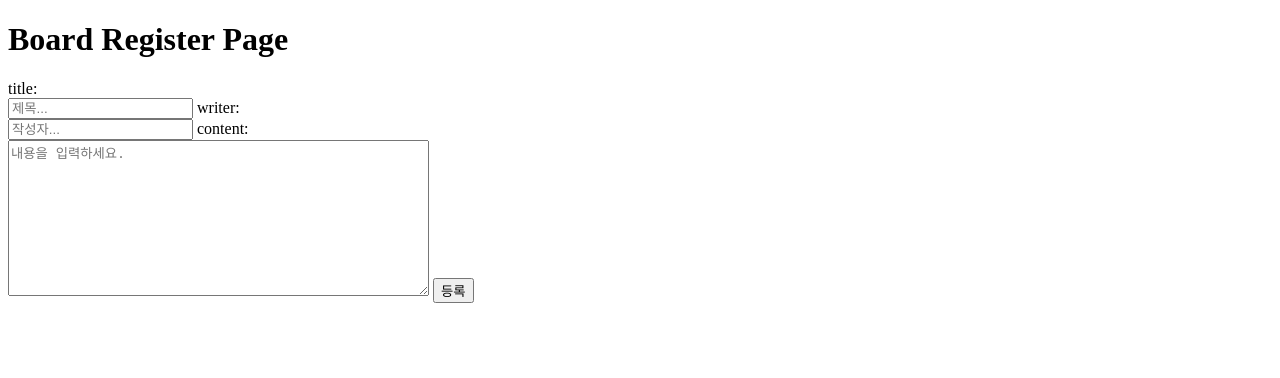
Repository: dtkd19/jsp-jstl_241022
Page: http://localhost/jsp_study/brd/register
The author's editor kept a copy of each file at every save. The page is drawn from the files as they stood at one save, then again after the next save.
The browser window is 1280 px wide. The pictures show the whole page.
The page is served by Tomcat 9. Other server files are loaded and not shown.

Above is the page before, as saved 2024-10-22 06:08:21.

### jsp_study/src/main/webapp/board/register.jsp
<%@ page language="java" contentType="text/html; charset=UTF-8"
    pageEncoding="UTF-8"%>
<!DOCTYPE html>
<html>
<head>
<meta charset="UTF-8">
<title>Insert title here</title>
</head>
<body>
	<h1>Board Register Page</h1>
	<!-- 등록 / 수정 post  -->
	<form action="/brd/insert" method="post">
	title: <br>
	<input type="text" name="title" placeholder="제목...">
	writer: <br>
	<input type="text" name="writer" placeholder="작성자...">
	content: <br>
	<textarea rows="10" cols="50" name="content" placeholder="내용을 입력하세요."></textarea>
	<button type="submit">등록</button>
	</form>
</body>
</html>

### jsp_study/src/main/java/controller/BoardController.java
package controller;

import java.io.File;
import java.io.IOException;
import java.util.List;

import javax.servlet.RequestDispatcher;
import javax.servlet.ServletException;
import javax.servlet.annotation.WebServlet;
import javax.servlet.http.HttpServlet;
import javax.servlet.http.HttpServletRequest;
import javax.servlet.http.HttpServletResponse;

import org.apache.commons.fileupload.FileItem;
import org.apache.commons.fileupload.disk.DiskFileItemFactory;
import org.apache.commons.fileupload.servlet.ServletFileUpload;
import org.slf4j.Logger;
import org.slf4j.LoggerFactory;

import domain.BoardVO;
import handler.FileRemoveHandler;
import net.coobird.thumbnailator.Thumbnails;
import service.BoardService;
import service.BoardServiceImpl;

@WebServlet("/brd/*")
public class BoardController extends HttpServlet {
	private static final long serialVersionUID = 1L;
	// 로그 객체 생성
	private static final Logger log = LoggerFactory.getLogger(BoardController.class);
	// jsp에서 받은 요청을 처리, 그 결과를 다른 jsp로 보내는 역할을 하는 객체
	private RequestDispatcher rdp;
	private String destPage; // 응답할 jsp의 주소를 저장하는 변수
	private int isOk; // db 구문 체크값 저장 변수
	private BoardService bsv; // interface로 생성
	private String savePath; // 파일저장 경로

	public BoardController() {
		// 생성자
		bsv = new BoardServiceImpl(); // bsv 구현체 객체 연결
	}

	protected void service(HttpServletRequest request, HttpServletResponse response)
			throws ServletException, IOException {
		// 실제 get post 요청처리
		log.info("log 객체 test");

		// request, response 객체의 인코딩 설정
		request.setCharacterEncoding("UTF-8"); // 요청객체
		response.setCharacterEncoding("UTF-8"); // 응답객체
		// response는 jsp로 갈 응답 객체 => 화면을 생성해서 응답 => jsp 형식으로 ...
		// contentType="text/html; charset=UTF-8"
		response.setContentType("text/html; charset=UTF-8"); // html5 형식으로 보내라

		// 경로 가져오기 /brd/register
		String uri = request.getRequestURI();
		log.info(uri); // /brd/register

		String path = uri.substring(uri.lastIndexOf("/") + 1);
		log.info(path);

		switch (path) {
		case "register":
			// 정보가 필요하다면... 정보를 DB에서 요청 request를 객체에 싣고 보내기
			destPage = "/board/register.jsp";
			break;
		case "insert":
			try {
				log.info("insert case in~!!");
				// jsp 화면에서 보내온 파라미터 값을 저장 => Service 전송
//				String title = request.getParameter("title");
//				String writer = request.getParameter("writer");
//				String content = request.getParameter("content");
//				BoardVO bvo = new BoardVO(title, writer, content);
//				log.info(">>>> bvo inesert 객체 >>>> {}", bvo);

				// 첨부파일 있는 경우 처리
				// bvo를 구성하여 DB로 전송
				// file을 저장하는 작업 => 파일 이름만 DB imageFile에 저장
				// 첨부파일 형식으로 들어오게되면 모든 파라미터는 바이트단위로 분해돼서 전송
				// 바이트 단위로 전송된 파라미터의 값을 String으로 조합을 해야함.

				// 1. 파일을 업로드할 물리적인 경로 설정

				savePath = getServletContext().getRealPath("/_fileUpload");
				log.info(">>>> savePath > {}" , savePath);

				File fileDir = new File(savePath);
				DiskFileItemFactory fileItemFactory = new DiskFileItemFactory();
				// 파일 저장을 위한 임시 메모리설정
				fileItemFactory.setSizeThreshold(1024*1024*3);
				// 저장위치를 담은 File 객체
				fileItemFactory.setRepository(fileDir);

				BoardVO bvo = new BoardVO(); // 빈 객체 생성 후 set

				// multipart/form-data 형식으로 넘어온 request 객체를 다루기 쉽게 변환해주는 객체
				ServletFileUpload fileUpload = new ServletFileUpload(fileItemFactory);
				// request 객체를 FileItem 형식의 리스트로 리턴
				List<FileItem> itemList = fileUpload.parseRequest(request);
				// title, writer, content => text / imageFile => image
				for(FileItem item : itemList) {
					log.info(" >>>> FileItem >> {} " , item.toString());
					switch (item.getFieldName()) {
					case "title":
						bvo.setTitle(item.getString("utf-8"));
						break;
					case "writer":
						bvo.setWriter(item.getString("utf-8"));
						break;
					case "content":
						bvo.setContent(item.getString("utf-8"));
						break;
					case "imageFile":
						// 이미지 파일 여부를 체크
						if(item.getSize() > 0 ) {
							//파일 이름 추출
							// 경로+ ~~~/dog.jpg
							String fileName = item.getName();
							// 경로 빼고 이름만 가져오기.
							// String fileName2 = item.getName().substring(item.getName().lastIndexOf(File.separator)+1);
							// File.separator : 파일 경로 기호 => 운영체제마다 다를 수 있어서 자동 변환
							// 시스템의 시간을 이용하여 파일을 구분 / 시간 dog.jpg
							// UUID를 사용하는 구분도 있음. (=> 많이사용)
							fileName = System.currentTimeMillis()+"_"+fileName;

							// 경로 만들어놓은 파일 fileDir + / (File.separator) + fileName
							File uploadFilePath = new File(fileDir+File.separator+fileName);
							log.info(">>> uploadFilePath > {}" , uploadFilePath.toString());

							// 저장
							try {
								item.write(uploadFilePath); // 객체를 디스크에 쓰기
								bvo.setImageFile(fileName); // bvo에 저장할 값 (DB에 들어가는 값 )

								// 썸네일 작업 : 리스트 페이지에서 트래픽 과다 사용 방지
								// fileDir + / + _th_ + fileName
								Thumbnails.of(uploadFilePath).size(75, 75).toFile(new File(fileDir+File.separator+"_th_"+fileName));


							} catch (Exception e) {
								log.info(">>> file writer on disk error");
								e.printStackTrace();
							}

						}
						break;

					}
				}

				isOk = bsv.register(bvo);
				log.info(">>>> bvo insert >>>>" + (isOk > 0 ? "성공" : "실패"));

				// 처리 후 목적지
				destPage = "/index.jsp";

			} catch (Exception e) {
				log.info("insert error");
				e.printStackTrace();
			}
			break;
		case "list":
			try {
				// 전체 리스트를 가지고 list.jsp로 전달
				List<BoardVO> list = bsv.getList();
				log.info(">>>> list >>>> {}", list);
				// request 객체에 파라미터로 값을 보내는 방법
				request.setAttribute("list", list);
				destPage = "/board/list.jsp";

			} catch (Exception e) {
				log.info("list error!!");
				e.printStackTrace();
			}
			break;
		case "detail":
		case "modify":
			try {
				int bno = Integer.parseInt(request.getParameter("bno"));
				BoardVO bvo = bsv.getDetail(bno);
				log.info(">>>> detail bvo >> {}", bvo);

				if (path.equals("detail")) {
					int readCountOk = bsv.readCountPlus(bno);
					log.info(">>>> readCount +1  >>> " + (readCountOk > 0 ? "성공" : "실패"));
					bvo = bsv.getDetail(bno);
					log.info(">>> readCount >> {}", bvo.getReadCount());
				}

				request.setAttribute("bvo", bvo);

				destPage = "/board/"+path+".jsp";

			} catch (Exception e) {
				log.info("detail error");
				e.printStackTrace();
			}
			break;

		case "update":
			try {
//				int bno = Integer.parseInt(request.getParameter("bno"));
//				String title = request.getParameter("title");
//				String content = request.getParameter("content");
//				BoardVO bvo = new BoardVO(bno, title, content);

				// 첨부파일 처리 포함 방식
				savePath = getServletContext().getRealPath("_fileUpload");
				File fileDir = new File(savePath);

				DiskFileItemFactory fileItemFactory = new DiskFileItemFactory();
				fileItemFactory.setSizeThreshold(1024*1024*3); // 3MB 정도 설정
				fileItemFactory.setRepository(fileDir);

				BoardVO bvo = new BoardVO();

				ServletFileUpload fileUpload = new ServletFileUpload(fileItemFactory);
				List<FileItem> itemList = fileUpload.parseRequest(request);

				// 원래 이미지가 있었는데 변경하는 케이스
				// 없던 이미지를 추가하는케이스

				String old_file = null;

				for(FileItem item : itemList) {
					switch (item.getFieldName()) {
					case "bno":
						bvo.setBno(Integer.parseInt(item.getString("utf-8")));
						break;
					case "title":
						bvo.setTitle(item.getString("utf-8"));
						break;
					case "content":
						bvo.setContent(item.getString("utf-8"));
						break;
					case "imageFile":
						// 기존 파일 => 있을 수도 있고, 없을 수도 있고
						old_file = item.getString("utf-8"); // 파일명만..
						break;
					case "newFile":
						// 새로 추가된 파일 => 있을 수도 있고, 없을 수도 있고
						if(item.getSize() > 0) {
							if(old_file != null) {
								// 기존파일이 존재한다면 ...
								// 파일 삭제작업 : 별도 핸들러로 작업
								FileRemoveHandler fileHandler = new FileRemoveHandler();
								isOk = fileHandler.deleteFile(savePath, old_file);
							}
							// 새로운 파일 등록 작업
							String fileName = System.currentTimeMillis()+"_"+item.getName();

							File uploadFilePath = new File(fileDir+File.separator+fileName);

							try {
								item.write(uploadFilePath);
								bvo.setImageFile(fileName);

								Thumbnails.of(uploadFilePath).size(75, 75).toFile(new File(fileDir+File.separator+"_th_"+fileName));

							} catch (Exception e) {
								log.info("File writer update error!");
								e.printStackTrace();
							}

						} else {
							// 기존파일 있지만, 새로운 이미지 파일이 없다면...
							// 기존 객체를 담기
							bvo.setImageFile(old_file);
						}
						break;

					}
				}

				int isOk = bsv.update(bvo);
				log.info(">>>> update >>> " + (isOk > 0 ? "성공" : "실패"));
				// 컨트롤러 내부 케이스는 /brd/ 따로 적을 필요가 없음.
				destPage = "detail?bno=" + bvo.getBno();

			} catch (Exception e) {
				log.info("update error");
				e.printStackTrace();
			}
			break;

		case "delete":
			try {
				int bno = Integer.parseInt(request.getParameter("bno"));
				int isOk = bsv.delete(bno);
				log.info(">>>> delete >>> " + (isOk > 0 ? "성공" : "실패"));
				destPage = "list";
			} catch (Exception e) {
				log.info(">>>> delete error");
				e.printStackTrace();
			}
			break;
		}

		// 목적지 주소(destPage)로 데이터를 전달(RequestDispatcher)
		rdp = request.getRequestDispatcher(destPage);
		// 요청에 필요한 객체를 가지고 destPage에 적힌 경로로 이동
		rdp.forward(request, response);

	}

	protected void doGet(HttpServletRequest request, HttpServletResponse response)
			throws ServletException, IOException {
		// get으로 들어오는 요청을 처리하는 메서드 => service를 호출하여 처리
		service(request, response);
	}

	protected void doPost(HttpServletRequest request, HttpServletResponse response)
			throws ServletException, IOException {
		// post로 들어오는 요청을 처리하는 메서드
		service(request, response);
	}

}

### jsp_study/src/main/java/service/BoardServiceImpl.java
package service;

import java.util.List;

import org.slf4j.Logger;
import org.slf4j.LoggerFactory;

import dao.BoardDAO;
import dao.BoardDAOImpl;
import domain.BoardVO;

public class BoardServiceImpl implements BoardService {

	private static final Logger log = LoggerFactory.getLogger(BoardServiceImpl.class);
	// dao 연결
	private BoardDAO bdao;

	public BoardServiceImpl() {
		bdao = new BoardDAOImpl();
	}

	@Override
	public int register(BoardVO bvo) {
		log.info(">>>> register service in");
		return bdao.insert(bvo);
	}

	@Override
	public List<BoardVO> getList() {
		// TODO Auto-generated method stub
		return bdao.getList();
	}

	@Override
	public BoardVO getDetail(int bno) {
		// TODO Auto-generated method stub
		return bdao.getDetail(bno);
	}

	@Override
	public int update(BoardVO bvo) {
		// TODO Auto-generated method stub
		return bdao.update(bvo);
	}

	@Override
	public int delete(int bno) {
		// TODO Auto-generated method stub
		return bdao.delete(bno);
	}

	@Override
	public int readCountPlus(int bno) {
		// TODO Auto-generated method stub
		return bdao.readCountPlus(bno);
	}
}

### jsp_study/src/main/java/dao/BoardDAO.java
package dao;

import java.util.List;

import domain.BoardVO;

public interface BoardDAO {

	int insert(BoardVO bvo);

	List<BoardVO> getList();

	BoardVO getDetail(int bno);

	int update(BoardVO bvo);

	int delete(int bno);

	int readCountPlus(int bno);

}

### jsp_study/src/main/java/dao/BoardDAOImpl.java
package dao;

import java.util.List;

import org.apache.ibatis.session.SqlSession;
import org.slf4j.Logger;
import org.slf4j.LoggerFactory;

import domain.BoardVO;
import orm.DatabaseBuilder;

public class BoardDAOImpl implements BoardDAO {
	private static final Logger log = LoggerFactory.getLogger(BoardDAOImpl.class);

	// DB와 연결 => mybatis 사용하여 연결 (mybatisConfig, db연결클래스, mapper)

	// DB의 연결을 위한 객체
	private SqlSession sql;

	public BoardDAOImpl() {
		new DatabaseBuilder();
		sql = DatabaseBuilder.getFactory().openSession();
	}

	@Override
	public int insert(BoardVO bvo) {
		// mapper로 연결
		log.info(">>>> insert DAO in !!");
		// sql.insert(mapper의 namespace.id, 객체);
		// insert / update / delete 구문은 반드시 commit 필요
		int isOk = sql.insert("BoardMapper.add", bvo);
		if(isOk > 0) {
			sql.commit();
		}
		return isOk;
	}

	@Override
	public List<BoardVO> getList() {
		log.info(">>>> getList DAO in !!");

		return sql.selectList("BoardMapper.list");
	}

	@Override
	public BoardVO getDetail(int bno) {
		log.info(">>>> getDetail DAO in !!");
		return sql.selectOne("BoardMapper.detail", bno);
	}

	@Override
	public int update(BoardVO bvo) {
		log.info(">>>> update DAO in !!");
		int isOk = sql.update("BoardMapper.up",bvo);
		if(isOk > 0) {
			sql.commit();
		}
		return isOk;
	}

	@Override
	public int delete(int bno) {
		log.info(">>>> delete DAO in !!");
		int isOk = sql.update("BoardMapper.delete",bno);
		if(isOk > 0) {
			sql.commit();
		}
		return isOk;
	}

	@Override
	public int readCountPlus(int bno) {
		log.info(">>>> readCount DAO in !!");
		int readCountOk = sql.update("BoardMapper.readCount",bno);
		if(readCountOk > 0) {
			sql.commit();
		}
		return readCountOk;
	}
}

### jsp_study/src/main/java/orm/DatabaseBuilder.java
package orm;


import org.apache.ibatis.io.Resources;
import org.apache.ibatis.session.SqlSessionFactory;
import org.apache.ibatis.session.SqlSessionFactoryBuilder;

public class DatabaseBuilder {
	private static SqlSessionFactory factory;
	private static final String CONFIG ="orm/mybatisConfig.xml";

	//초기화 블럭을 사용하여 객체 생성 후 초기화
	static {
		try {
			factory = new SqlSessionFactoryBuilder().build(Resources.getResourceAsReader(CONFIG));

		} catch (Exception e) {
			e.printStackTrace();
		}
	}

	public static SqlSessionFactory getFactory() {
		return factory;
	}


}

### jsp_study/src/main/java/domain/BoardVO.java
package domain;

public class BoardVO {
	private int bno;
	private String title;
	private String writer;
	private String content;
	private String regdate;
	private String moddate;
	private int readCount;
	private String imageFile;

	public BoardVO() {}

	// insert : title, writer,content
	public BoardVO(String title, String writer, String content) {
		this.title = title;
		this.writer = writer;
		this.content = content;
	}

	// list : bno, title, writer, regdate
	public BoardVO(int bno, String title, String writer, String regdate, int readCount) {
		this.bno = bno;
		this.title = title;
		this.writer = writer;
		this.regdate = regdate;
		this.readCount = readCount;
	}

	// update : bno, title, content
	public BoardVO(int bno, String title, String content) {
		this.bno = bno;
		this.title = title;
		this.content = content;
	}

	// detail : 전부
	public BoardVO(int bno, String title, String writer, String content, String regdate, String moddate, int readCount, String imageFile) {
		this.bno = bno;
		this.title = title;
		this.writer = writer;
		this.content = content;
		this.regdate = regdate;
		this.moddate = moddate;
		this.readCount = readCount;
		this.imageFile = imageFile;
	}

	public int getBno() {
		return bno;
	}

	public void setBno(int bno) {
		this.bno = bno;
	}

	public String getTitle() {
		return title;
	}

	public void setTitle(String title) {
		this.title = title;
	}

	public String getWriter() {
		return writer;
	}

	public void setWriter(String writer) {
		this.writer = writer;
	}

	public String getContent() {
		return content;
	}

	public void setContent(String content) {
		this.content = content;
	}

	public String getRegdate() {
		return regdate;
	}

	public void setRegdate(String regdate) {
		this.regdate = regdate;
	}

	public String getModdate() {
		return moddate;
	}

	public void setModdate(String moddate) {
		this.moddate = moddate;
	}


	public int getReadCount() {
		return readCount;
	}

	public void setReadCount(int readCount) {
		this.readCount = readCount;
	}

	public String getImageFile() {
		return imageFile;
	}

	public void setImageFile(String imageFile) {
		this.imageFile = imageFile;
	}

	@Override
	public String toString() {
		return "BoardVO [bno=" + bno + ", title=" + title + ", writer=" + writer + ", content=" + content + ", regdate="
				+ regdate + ", moddate=" + moddate + ", readCount=" + readCount + ", imageFile=" + imageFile + "]";
	}





}

### jsp_study/src/main/java/domain/CommentVO.java
package domain;

public class CommentVO {
	private int cno;
	private int bno;
	private String content;
	private String writer;
	private String regdate;


	public CommentVO() {}


	// 등록
	public CommentVO(int bno, String content, String writer) {
		this.bno = bno;
		this.content = content;
		this.writer = writer;
	}


	// 리스트
	public CommentVO(int cno, int bno, String content, String writer, String regdate) {
		this.cno = cno;
		this.bno = bno;
		this.content = content;
		this.writer = writer;
		this.regdate = regdate;
	}


	// 수정
	public CommentVO(int cno, String content) {
		this.cno = cno;
		this.content = content;
	}


	// getter/setter toString


	public int getCno() {
		return cno;
	}


	public void setCno(int cno) {
		this.cno = cno;
	}


	public int getBno() {
		return bno;
	}


	public void setBno(int bno) {
		this.bno = bno;
	}


	public String getContent() {
		return content;
	}


	public void setContent(String content) {
		this.content = content;
	}


	public String getWriter() {
		return writer;
	}


	public void setWriter(String writer) {
		this.writer = writer;
	}


	public String getRegdate() {
		return regdate;
	}


	public void setRegdate(String regdate) {
		this.regdate = regdate;
	}


	@Override
	public String toString() {
		return "CommentVO [cno=" + cno + ", bno=" + bno + ", content=" + content + ", writer=" + writer + ", regdate="
				+ regdate + "]";
	}






}

### jsp_study/src/main/java/domain/MemberVO.java
package domain;

public class MemberVO {
	private String id;
	private String pwd;
	private String email;
	private String phone;
	private String regdate;
	private String lastlogin;
	private String imageFile;


	public MemberVO() {}

	// 관리자입장 / 사용자입장
	// 회원등급 : admin(사이트관리자), manager(각 파트의 최고 관리자), user(사용자)
	// 회원가입 / 수정
	public MemberVO(String id, String pwd, String email, String phone, String imageFile) {
		this.id = id;
		this.pwd = pwd;
		this.email = email;
		this.phone = phone;
		this.imageFile = imageFile;
	}

	// 로그인
	public MemberVO(String id, String pwd) {
		this.id = id;
		this.pwd = pwd;
	}

	// 회원리스트 : 관리자만 접근가능 전체

	public MemberVO(String id, String pwd, String email, String phone, String regdate, String lastlogin, String imageFile) {
		this.id = id;
		this.pwd = pwd;
		this.email = email;
		this.phone = phone;
		this.regdate = regdate;
		this.lastlogin = lastlogin;
		this.imageFile = imageFile;

	}

	public String getId() {
		return id;
	}


	public void setId(String id) {
		this.id = id;
	}


	public String getPwd() {
		return pwd;
	}


	public void setPwd(String pwd) {
		this.pwd = pwd;
	}


	public String getEmail() {
		return email;
	}


	public void setEmail(String email) {
		this.email = email;
	}


	public String getPhone() {
		return phone;
	}


	public void setPhone(String phone) {
		this.phone = phone;
	}


	public String getRegdate() {
		return regdate;
	}


	public void setRegdate(String regdate) {
		this.regdate = regdate;
	}


	public String getLastlogin() {
		return lastlogin;
	}


	public void setLastlogin(String lastlogin) {
		this.lastlogin = lastlogin;
	}


	public String getImageFile() {
		return imageFile;
	}

	public void setImageFile(String imageFile) {
		this.imageFile = imageFile;
	}

	@Override
	public String toString() {
		return "MemberVO [id=" + id + ", pwd=" + pwd + ", email=" + email + ", phone=" + phone + ", regdate=" + regdate
				+ ", lastlogin=" + lastlogin + ", imageFile=" + imageFile + "]";
	}








}

After the next save:
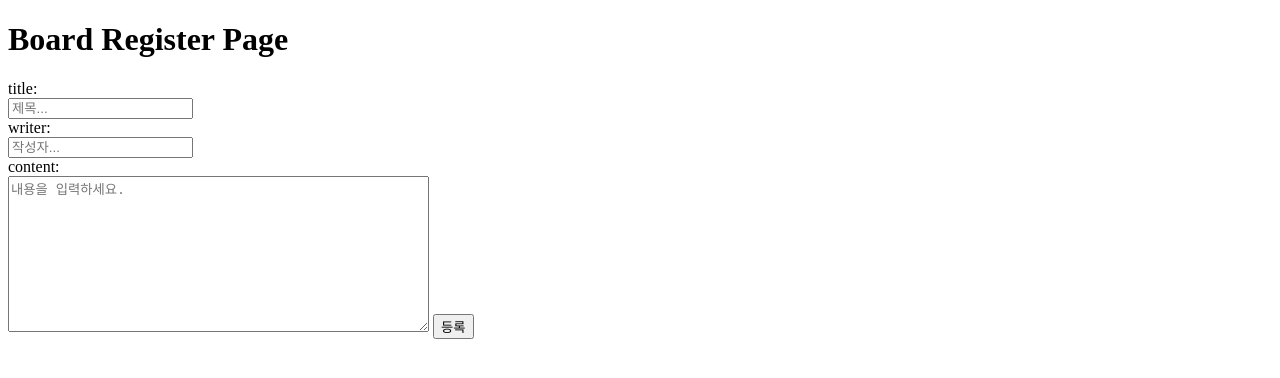
Saved 22 s later.
--- a/jsp_study/src/main/webapp/board/register.jsp
+++ b/jsp_study/src/main/webapp/board/register.jsp
@@ -11,9 +11,9 @@
 	<!-- 등록 / 수정 post  -->
 	<form action="/brd/insert" method="post">
 	title: <br>
-	<input type="text" name="title" placeholder="제목...">
+	<input type="text" name="title" placeholder="제목..."><br>
 	writer: <br>
-	<input type="text" name="writer" placeholder="작성자...">
+	<input type="text" name="writer" placeholder="작성자..."><br>
 	content: <br>
 	<textarea rows="10" cols="50" name="content" placeholder="내용을 입력하세요."></textarea>
 	<button type="submit">등록</button>
